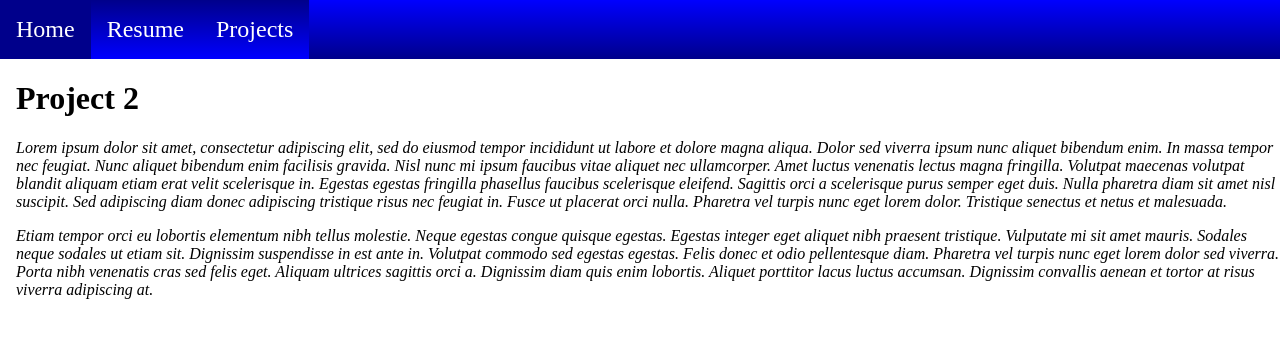
Repository: jason-ward220/jason-ward220.github.io
Page: project2.html
The author's editor kept a record of every edit. The page is drawn from the files as they stood at one moment, then again after the next edit.
The browser window is 1280 px wide. The pictures show the whole page.

Above is the page before.

### project2.html
<!DOCTYPE html>
<html>
    <head>
        <title>Home</title>
        <link rel="stylesheet" type="text/css" href="style.css">
    </head>
    <body>
        <ul class=navbar>
            <li><a href="index.html">Home</a></li>
            <li class=active><a href="resume.html">Resume</a></li>
            <li class=dropdown>
                <div class=active>Projects</div>
                <ul class=dropdown-content>
                    <li><a href="#">Project 1</a></li>
                    <li><a href="#">Project 2</a></li>
                    <li><a href="#">Project 3</a></li>
                </ul>
            </li>
        </ul>

        <h1>Project 2</h1>
        <blockquote>
            <p>
                <i>Lorem ipsum dolor sit amet, consectetur adipiscing elit, sed do eiusmod tempor incididunt ut labore et dolore magna aliqua. Dolor sed viverra ipsum nunc aliquet bibendum enim. In massa tempor nec feugiat. Nunc aliquet bibendum enim facilisis gravida. Nisl nunc mi ipsum faucibus vitae aliquet nec ullamcorper. Amet luctus venenatis lectus magna fringilla. Volutpat maecenas volutpat blandit aliquam etiam erat velit scelerisque in. Egestas egestas fringilla phasellus faucibus scelerisque eleifend. Sagittis orci a scelerisque purus semper eget duis. Nulla pharetra diam sit amet nisl suscipit. Sed adipiscing diam donec adipiscing tristique risus nec feugiat in. Fusce ut placerat orci nulla. Pharetra vel turpis nunc eget lorem dolor. Tristique senectus et netus et malesuada.</i>
            </p>
            <p>
                <i>Etiam tempor orci eu lobortis elementum nibh tellus molestie. Neque egestas congue quisque egestas. Egestas integer eget aliquet nibh praesent tristique. Vulputate mi sit amet mauris. Sodales neque sodales ut etiam sit. Dignissim suspendisse in est ante in. Volutpat commodo sed egestas egestas. Felis donec et odio pellentesque diam. Pharetra vel turpis nunc eget lorem dolor sed viverra. Porta nibh venenatis cras sed felis eget. Aliquam ultrices sagittis orci a. Dignissim diam quis enim lobortis. Aliquet porttitor lacus luctus accumsan. Dignissim convallis aenean et tortor at risus viverra adipiscing at.</i>
            </p>
        </blockquote>

    </body>
</html>

### style.css
/*Navigation Bar*/
.navbar
{
list-style:none;
background-image:linear-gradient(blue,darkBlue);
overflow:hidden;
padding:0;
margin:0;
}
.navbar a, .dropdown div
{
text-decoration:none;
color:white;
font-size:24px;
padding:16px;
display:inline-block;
}
.navbar li
{
float:left;
}
.navbar li:hover
{
background-color:darkBlue;
}
.dropdown-content
{
list-style:none;
padding:0;
display:none;
position:absolute;
z-index:1;
background-color:blue;
}
.dropdown-content li
{
float:none;
}
.dropdown:hover .dropdown-content
{
display:block;
}
.active
{
background-image:linear-gradient(darkBlue, blue);
}

/*Body*/
table, tr, td
{
background-color:rgb(200,200,200);
padding:8px;
border:2px solid black;
border-collapse:collapse;
margin:16px;
}
h1, h2, h3, h4, h5, h6, p
{
margin-left:016px;
}
body
{
margin:0;
}
blockquote
{
padding:0;
margin:0
}
img
{
    max-width: 100%;
    height: auto;
}
.rotateImg180
{
    -webkit-transform:rotate(180deg);
    -moz-transform: rotate(180deg);
    -ms-transform: rotate(180deg);
    -o-transform: rotate(180deg);
    transform: rotate(180deg);
}

After the next edit:
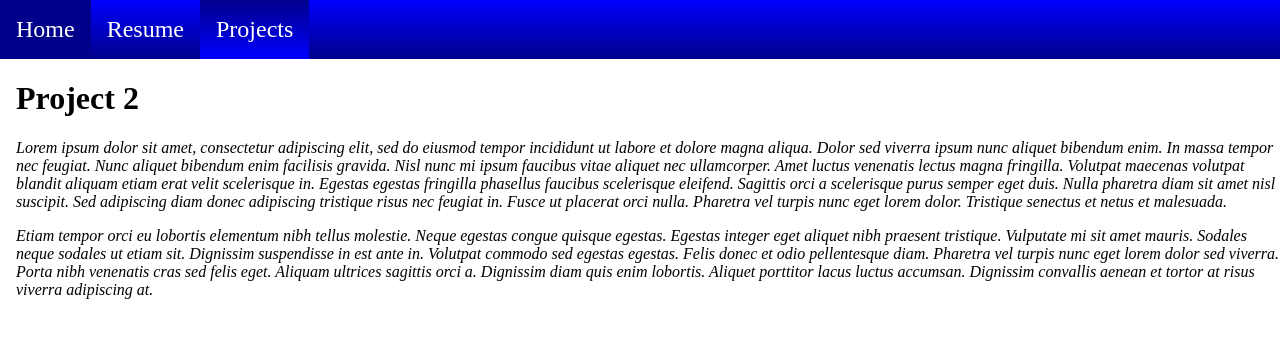
The edit:
--- a/project2.html
+++ b/project2.html
@@ -7,7 +7,7 @@
     <body>
         <ul class=navbar>
             <li><a href="index.html">Home</a></li>
-            <li class=active><a href="resume.html">Resume</a></li>
+            <li><a href="resume.html">Resume</a></li>
             <li class=dropdown>
                 <div class=active>Projects</div>
                 <ul class=dropdown-content>
